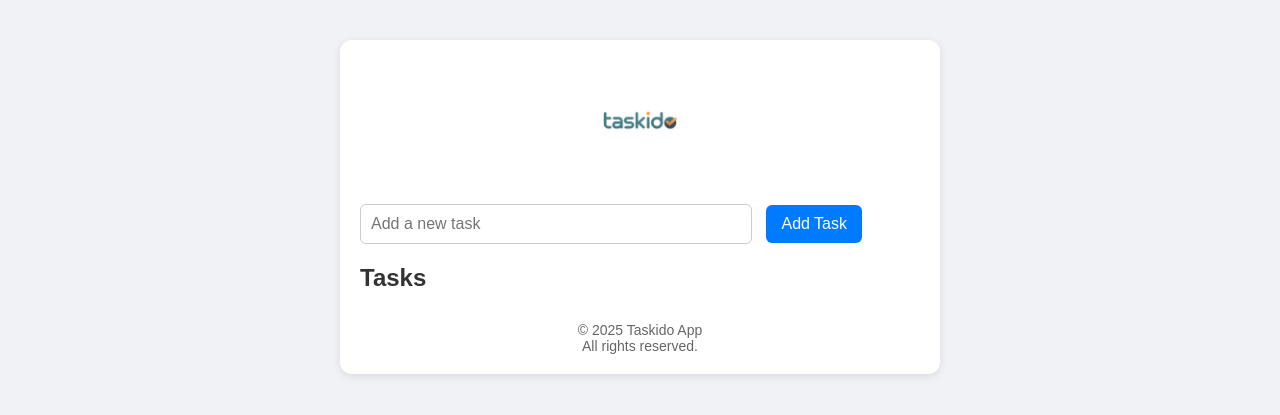
Repository: MenaEldeeb/To-Do-Iist
Page: index.html
The author's editor kept a copy of each file at every save. The page is drawn from the files as they stood at one save, then again after the next save.
The browser window is 1280 px wide. The pictures show the whole page.

Above is the page before, as saved 2025-07-20 21:21:21.

After the next save:
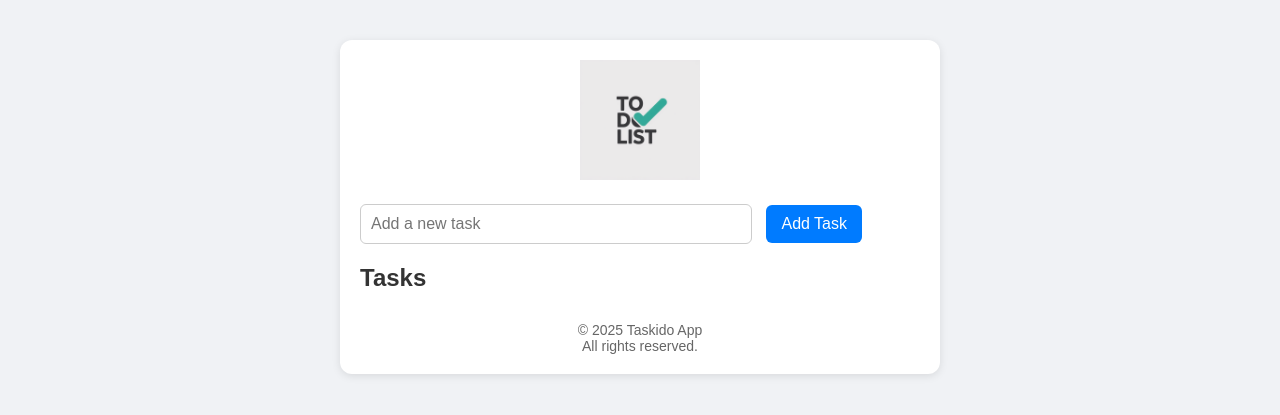
Saved 54 s later.
--- a/index.html
+++ b/index.html
@@ -9,7 +9,7 @@
 <body>
     <div id="container">
         <header id="hd">
-            <img id="logo" src="./images/logo-trans.png" alt="App Logo">
+            <img id="logo" src="images/l.webp" alt="App Logo">
         </header>
 
         <main id="mn">
